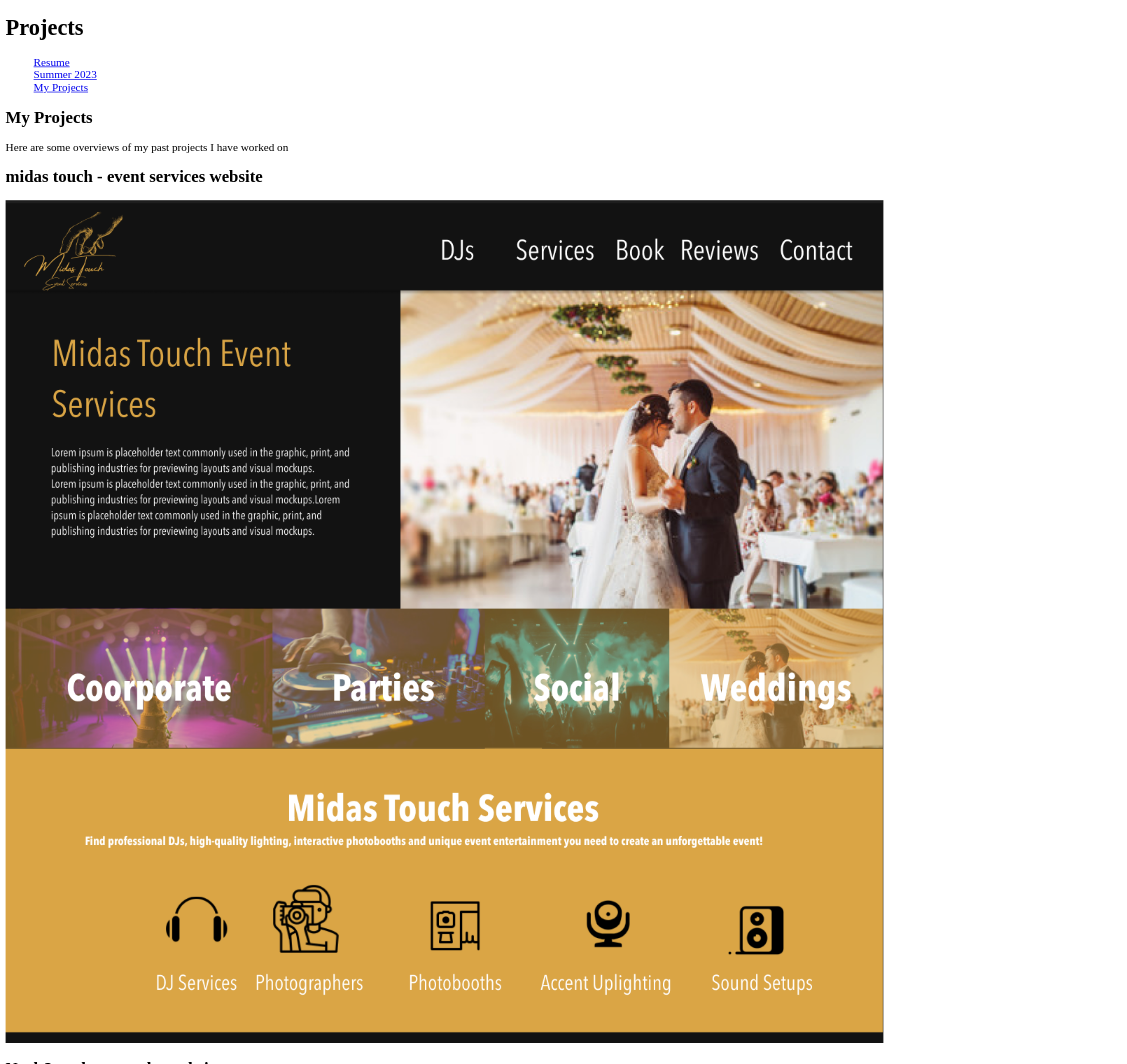
Repository: kayacancode/itm361project1
Page: projects.html
These files come from the project's save history. The page is drawn as it stood at one moment and after the next save; the edit follows.
The browser window is 1280 px wide. The page is 1610 px wide, so the pictures cover 1610 px, including what lies to the right of the window. The pictures show the part of the page from y = 0 to 1520 px (the page is 3887 px tall before and 3905 px after), at 70% of full size.

Above is the page before, as saved 2023-03-03 18:21:02.

After the next save:
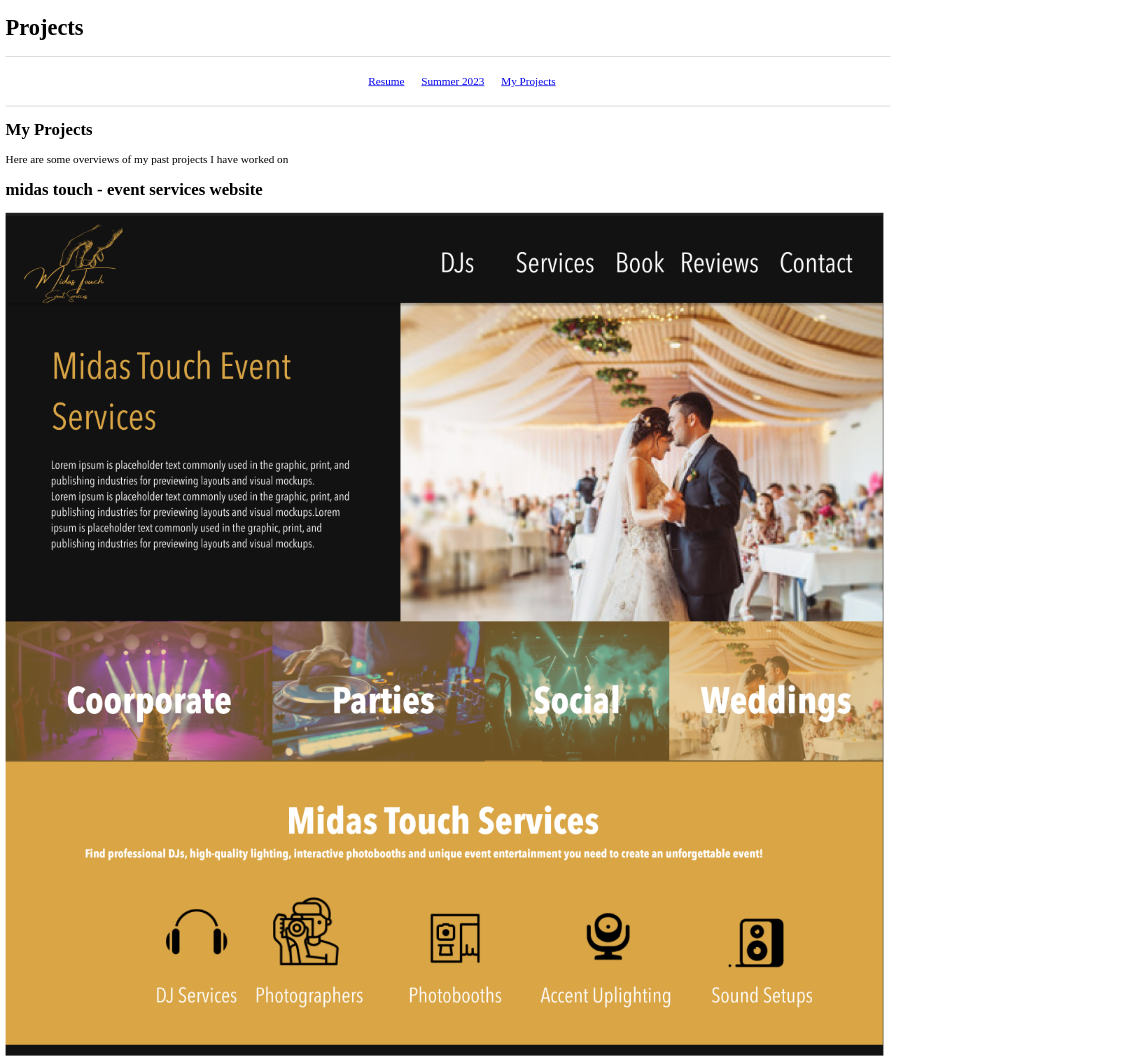
Saved 69 s later.
--- a/css/style.css
+++ b/css/style.css
@@ -2,7 +2,7 @@
     list-style-type: none;
 }
 
-.nav{
+nav{
     border:1px solid #ccc;
     border-width:1px 0;
     list-style:none;
@@ -10,10 +10,10 @@
     padding:0;
     text-align:center;
 }
-.nav li{
+nav li{
     display:inline;
 }
-.nav a{
+nav a{
     display:inline-block;
     padding:10px;
 }
